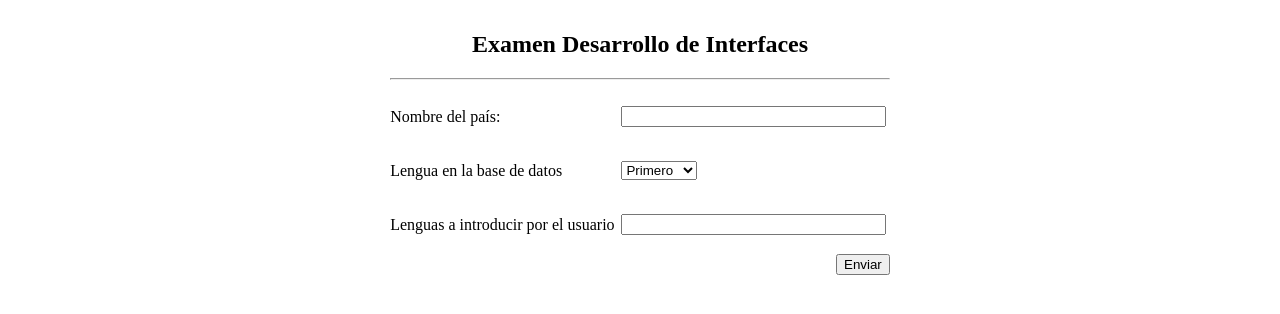
Repository: JulioBernad/ServletExamen
Page: http://localhost/DDI/Inicio.jsp
These files come from the project's save history. The page is drawn as it stood at one moment and after the next save; the edit follows.
The browser window is 1280 px wide. The pictures show the whole page.
The page is served by Tomcat 9. Other server files are loaded and not shown.

Above is the page before, as saved 2016-11-10 10:05:25.

### DDI/src/main/webapp/Inicio.jsp
<%@ page language="java" contentType="text/html; charset=ISO-8859-1"
    pageEncoding="ISO-8859-1"%>
<!DOCTYPE html PUBLIC "-//W3C//DTD HTML 4.01 Transitional//EN" "http://www.w3.org/TR/html4/loose.dtd">
<html>
<head>
<meta http-equiv="Content-Type" content="text/html; charset=ISO-8859-1">
<title>Inicio</title>
</head>
<body>
	<form method="post" action="hello">
	<table width="40%" align="center">
		<tr>
			<td colspan="2" align="center"><h2>Examen Desarrollo de Interfaces</h2><hr></td>
		</tr>
		<tr>
			<td><p>Nombre del país:</p></td>
			<td><input type="text" id="pa" name="pa" size="30"></td>
		</tr>
		<tr>
			<td><p>Lengua en la base de datos</p></td>
			<td>
				<select name="curso">
					<option value="Primero">Primero</option>
					<option value="Segundo">Segundo</option>
				</select>
			</td>
		</tr>
		<tr>
			<td><p>Lenguas a introducir por el usuario</p></td>
			<td><input type="text" id="l1" name="l1" size="30"></td>
		</tr>
		<tr>
			<td colspan="2" align="right"><input type="submit" value="Enviar"></td>
		</tr>
	</table>
</form>
</body>
</html>

After the next save:
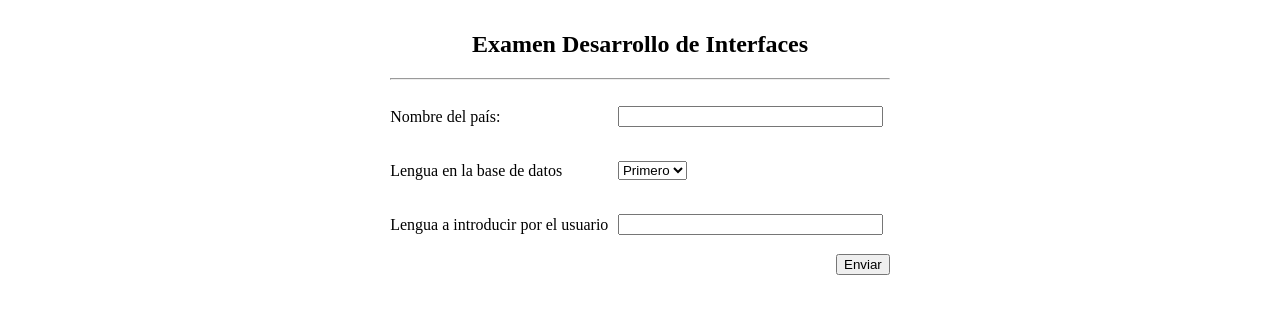
Saved 3 min 23 s later.
--- a/DDI/src/main/webapp/Inicio.jsp
+++ b/DDI/src/main/webapp/Inicio.jsp
@@ -21,12 +21,11 @@
 			<td>
 				<select name="curso">
 					<option value="Primero">Primero</option>
-					<option value="Segundo">Segundo</option>
 				</select>
 			</td>
 		</tr>
 		<tr>
-			<td><p>Lenguas a introducir por el usuario</p></td>
+			<td><p>Lengua a introducir por el usuario</p></td>
 			<td><input type="text" id="l1" name="l1" size="30"></td>
 		</tr>
 		<tr>
